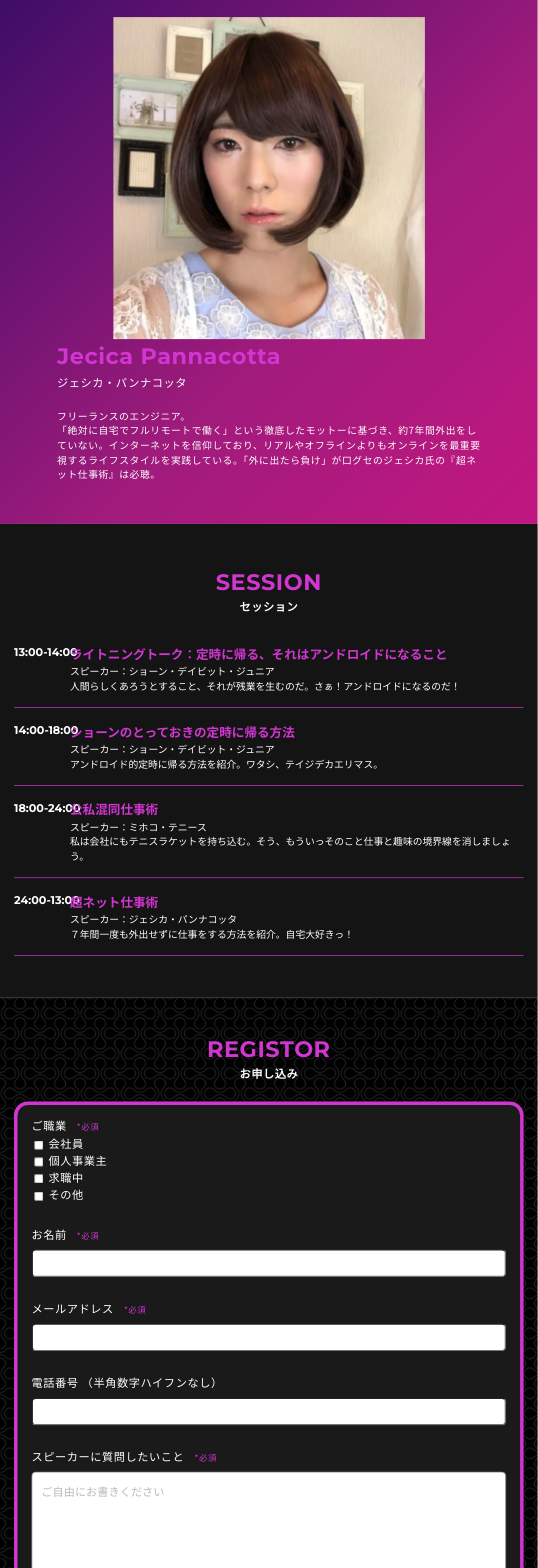
Repository: tetishi/wdc
Page: index.html
These files come from the project's save history. The page is drawn as it stood at one moment and after a run of saves; the edit follows.
The browser window is 768 px wide. The pictures show the part of the page from y = 3159 to 5399 px (the page is 5932 px tall), at 70% of full size.
Some web libraries are served in a nearby version. The style sheet was rebuilt from its Sass, Less or Tailwind sources for each picture, by a compiler version that may differ from the author's.

Above is the page before, as saved 2023-07-05 21:52:11.

After the next 3 saves:
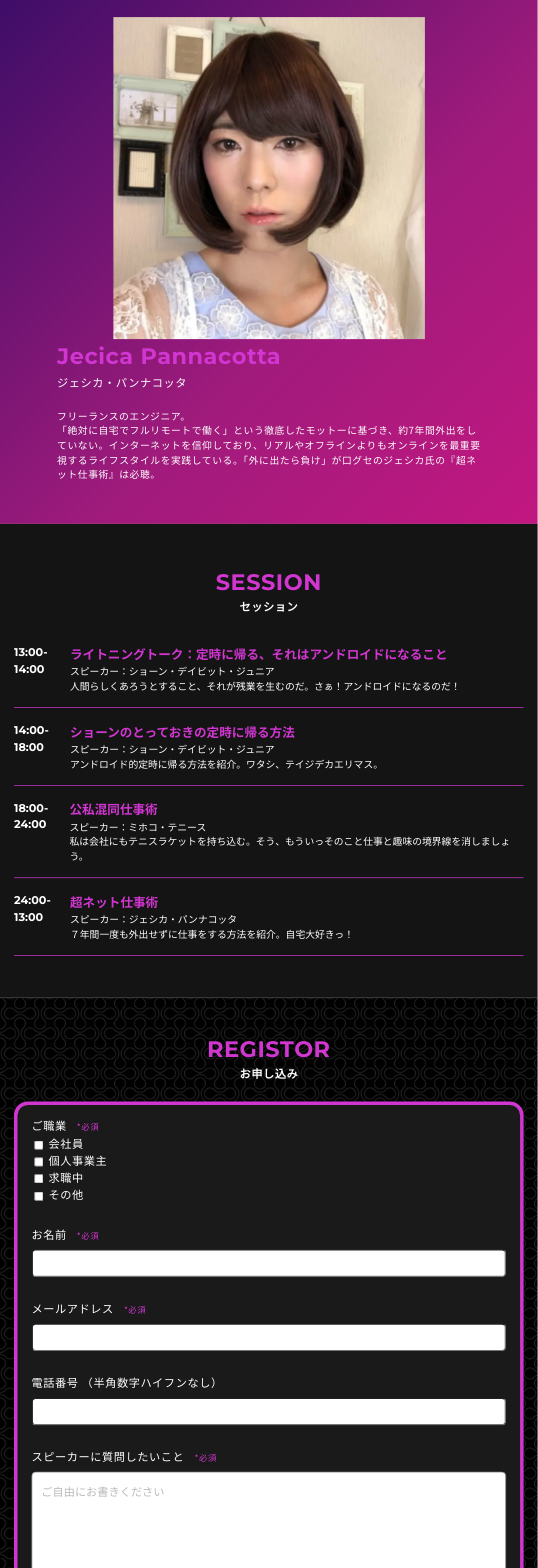
The 3 saves are shown as one change because they came seconds apart.
The last was saved 34 s later.
--- a/css/style.scss
+++ b/css/style.scss
@@ -580,6 +580,7 @@ a {
     }
     .session-item-time {
         font-size: 1.6rem;
+        white-space: normal;
     }
     .session-item-title {
         font-size: 1.8rem;
